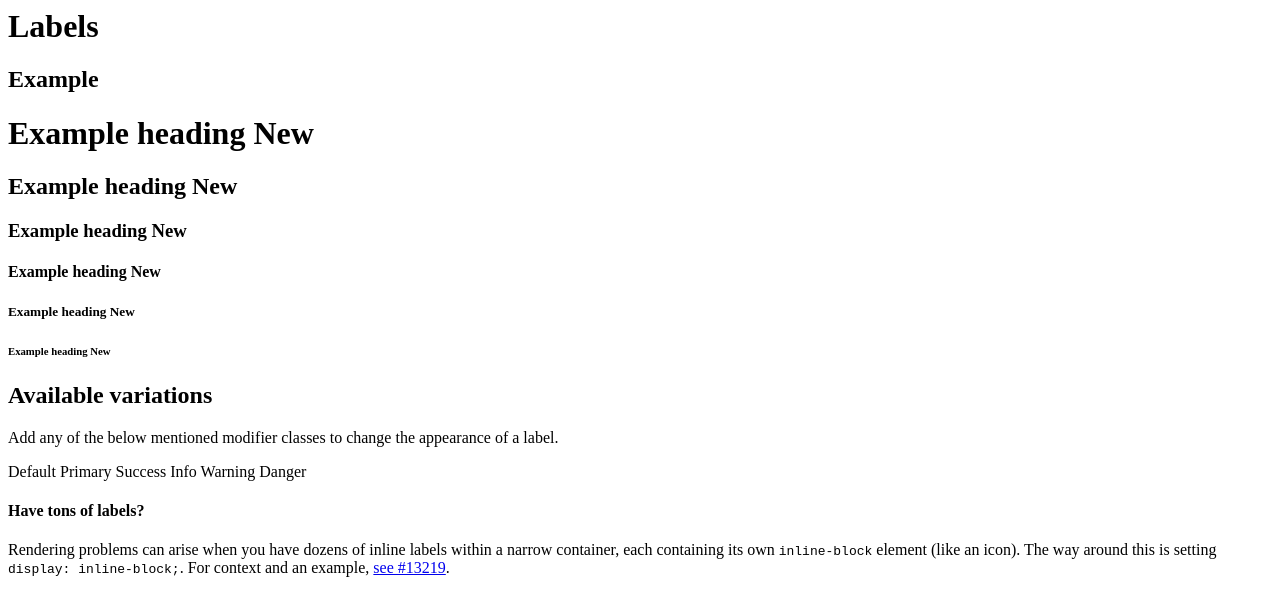
Repository: WTW-IM/bda-ui-toolkit
Page: docs/_includes/base/labels.html
The author's editor kept a record of every edit. The page is drawn from the files as they stood at one moment, then again after the next edit.
The browser window is 1280 px wide. The pictures show the whole page.

Above is the page before.

After the next edit:
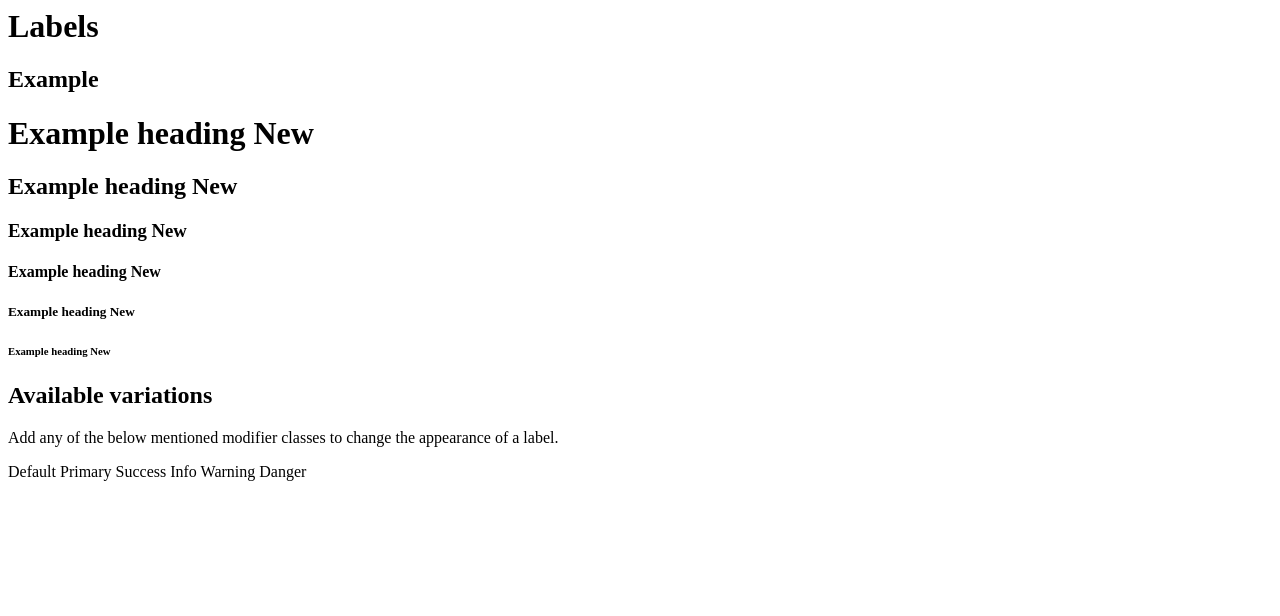
The edit:
--- a/docs/_includes/base/labels.html
+++ b/docs/_includes/base/labels.html
@@ -21,9 +21,4 @@
     <span class="label label-warning">Warning</span>
     <span class="label label-danger">Danger</span>
   </div>
-
-  <div class="bs-callout bs-callout-info" id="callout-labels-inline-block">
-    <h4>Have tons of labels?</h4>
-    <p>Rendering problems can arise when you have dozens of inline labels within a narrow container, each containing its own <code>inline-block</code> element (like an icon). The way around this is setting <code>display: inline-block;</code>. For context and an example, <a href="https://github.com/twbs/bootstrap/issues/13219">see #13219</a>.</p>
-  </div>
 </div>
